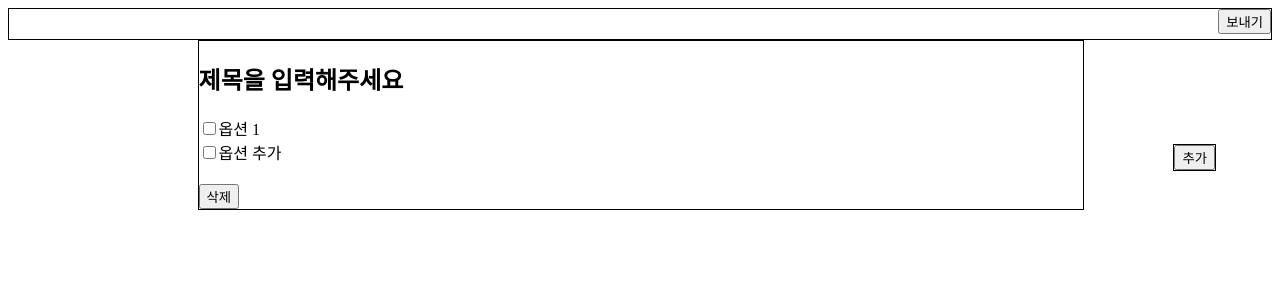
Repository: binigy97/VoteStie
Page: voteWeb/src/main/resources/static/index.html
The author's editor kept a copy of each file at every save. The page is drawn from the files as they stood at one save, then again after the next save.
The browser window is 1280 px wide. The pictures show the whole page.

Above is the page before, as saved 2022-02-23 22:11:23.

After the next save:
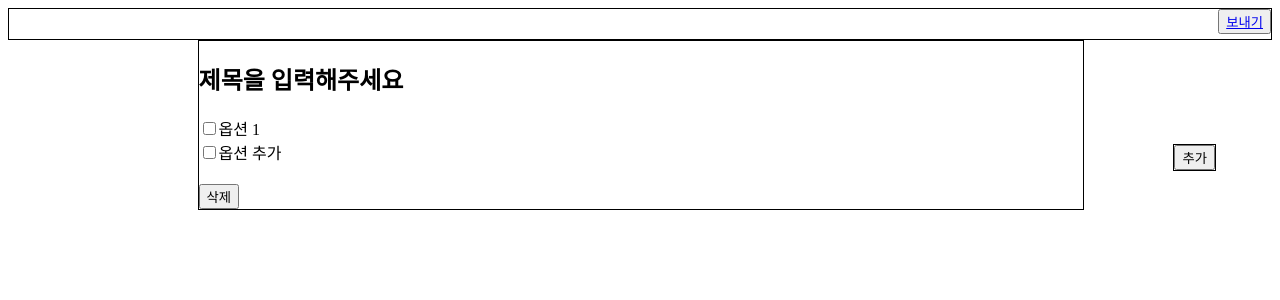
Saved 4 min 16 s later.
--- a/voteWeb/src/main/resources/static/index.html
+++ b/voteWeb/src/main/resources/static/index.html
@@ -36,9 +36,11 @@ div > label:last-child {
 }
 </style>
 <body>
+<!-- 헤더 -->
 <header>
-	<button>보내기</button>
+	<button><a href="<c:url value='/vote'>">보내기</a></button>
 </header>
+
 <!-- 투표 내용 생성 -->
 <section>
 	<article>
@@ -52,6 +54,7 @@ div > label:last-child {
 		</div>
 	</article>
 </section>
+
 <!-- 투표지 추가 -->
 <article>
 	<button>추가</button>
